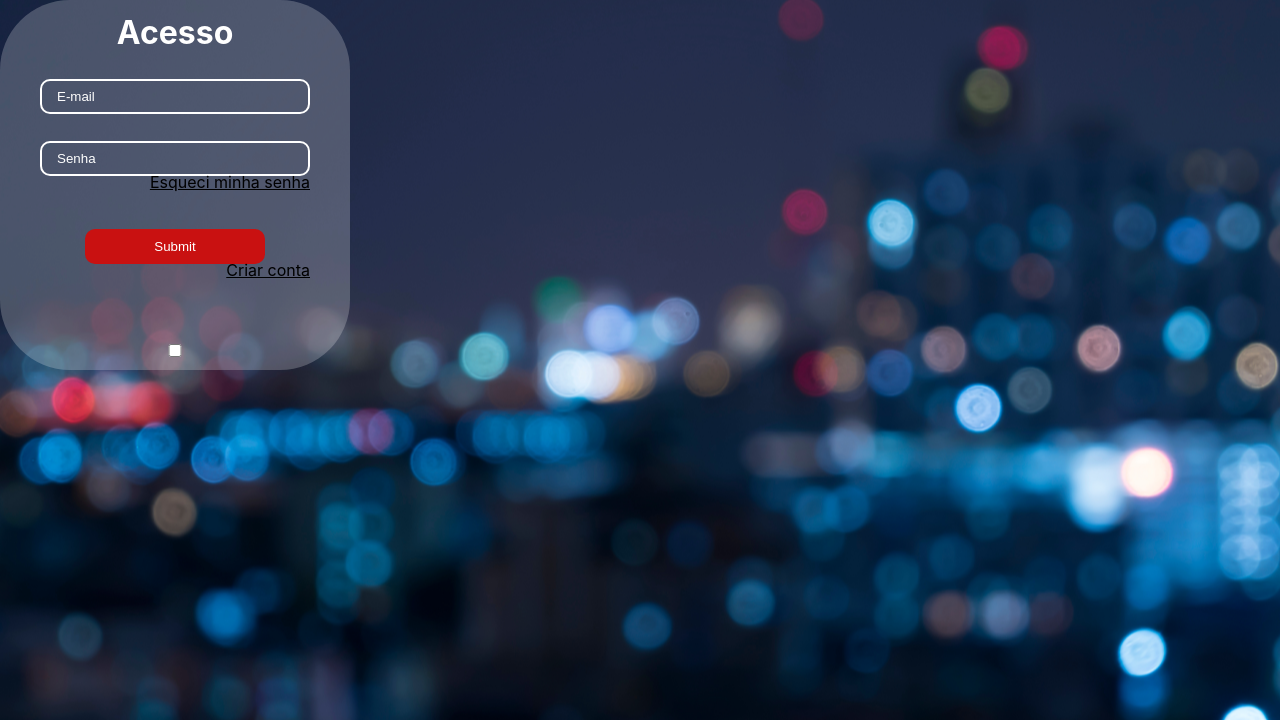
Repository: mateus-henrique-silva/Plataforma_videos_treinamento
Page: / (app in my-app/)
An editor plug-in stored every save of this project. The page is shown before and after a run of saves, followed by the edit.
The browser window is 1280 px wide. The pictures show the whole page.
The project was rebuilt for these pictures with package versions that can differ from the ones it lists, and the page was loaded fresh each time.

Above is the page before, as saved 2022-08-16 08:58:21.

### my-app/src/App.js
import logo from "./logo.svg";
import React from "react";
import "./App.css";
import Login from "./Pages/Login/Login"
import { BrowserRouter as Router, Routes, Route, Link } from "react-router-dom";

function App() {
  return (
    <div className="App">
      <Router>
        <Routes>
          <Route element={<Login />} path="/" />
        </Routes>
      </Router>
    </div>
  );
}

export default App;

### my-app/src/App.css
*{
  padding: 0;
  margin: 0;
  border:0;
}

### my-app/src/Pages/Login/Login.jsx
import React from "react";
import "./Login.css";
import FormLogin from '../../Components/formLogin/formLogin'

const Login = () => {
  return (
    <>
      <div className="backgound-one">
          <FormLogin/>
      </div>
    </>
  );
};

export default Login;

### my-app/src/Pages/Login/Login.css
.backgound-one{
    width:100vw;
    height:100vh;
    background: url("../../Assets//ImageBackground/Rectangle.png") fixed center no-repeat;
}

### my-app/src/Components/formLogin/formLogin.jsx
import React from "react";
import "./formLogin.css";
import { BrowserRouter as Router, Routes, Route, Link } from "react-router-dom";

const formLogin = () => {
  return (
    <div>
      <div className="box-login">
        <form className="formLogin">
          <h1>Acesso</h1>
          <input type="text" placeholder="E-mail" />
          <input type="text" placeholder="Senha" />
          <Link to="/" >Esqueci minha senha</Link>
          <center>
            {" "}
            <input type="submit" />

          </center>
          <Link to="/" >Criar conta</Link>
          <div>


          </div>
          <input type="checkbox"/>
        </form>
      </div>
    </div>
  );
};

export default formLogin;

### my-app/src/Components/formLogin/formLogin.css
.box-login {
  width: 350px;
  height: 370px;
  display: grid;
  background: rgba(255, 255, 255, 0.22);
  border-radius: 70px;
  justify-content: center;
  align-items: center;
}

.box-login .formLogin input[type="text"] {
  width: 270px;
  height: 35px;
  margin-bottom: 0;
  bottom: 0;
  box-sizing: border-box;
  border: 2px solid #ffffff;
  border-radius: 10px;
  padding-left: 15px;
 background:transparent;
 color: #ffffff;
}
.box-login .formLogin input::placeholder {
    color: #ffffff;
  }
.box-login .formLogin {
  height: 100%;
  width: 350px;
  color: #ffffff;
  justify-content: center;
  align-items: center;
  display: grid;
}
.box-login .formLogin a{
    color: black;
    margin-top: -40px;
    display:flex;
    justify-content:flex-end;
}

.box-login .formLogin a:last-child{
    color: white;
    margin-top: -40px;
    display:flex;
    justify-content:center;
}

.box-login .formLogin h1 {
    text-align: center;
  }
.box-login .formLogin input[type="submit"] {
    width: 180px;
    height: 35px;
    margin-bottom: 0;
    bottom: 0;
    box-sizing: border-box;

    border-radius: 10px;

    background: #C91111;
   color: #ffffff;
  }

Loaded but not shown: my-app/public/index.html (common file); my-app/src/index.js (common file); my-app/src/index.css (common file); my-app/src/reportWebVitals.js (common file)

After the next 3 saves:
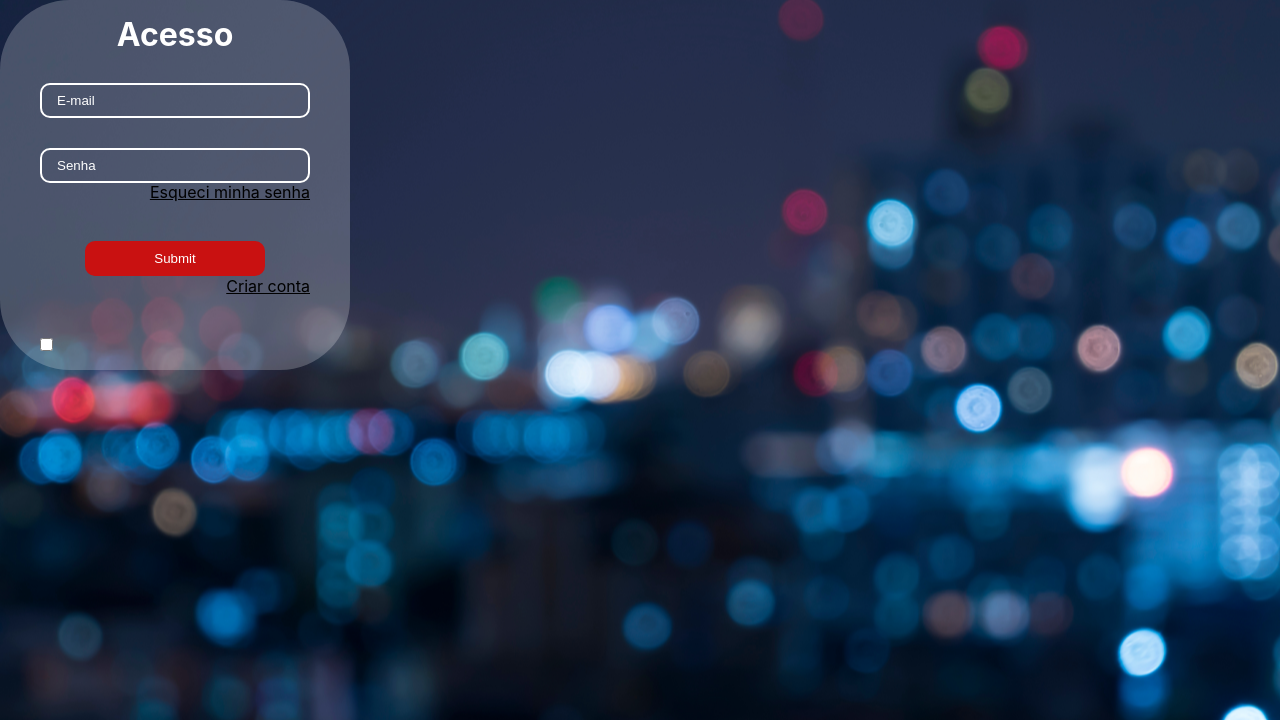
The 3 saves are shown as one change because they came seconds apart.
The last was saved 6 s later.
--- a/my-app/src/Components/formLogin/formLogin.jsx
+++ b/my-app/src/Components/formLogin/formLogin.jsx
@@ -10,18 +10,15 @@
           <h1>Acesso</h1>
           <input type="text" placeholder="E-mail" />
           <input type="text" placeholder="Senha" />
-          <Link to="/" >Esqueci minha senha</Link>
+          <Link to="/">Esqueci minha senha</Link>
           <center>
             {" "}
             <input type="submit" />
-
           </center>
-          <Link to="/" >Criar conta</Link>
+          <Link to="/">Criar conta</Link>
           <div>
-
-
+            <input type="checkbox" />
           </div>
-          <input type="checkbox"/>
         </form>
       </div>
     </div>
